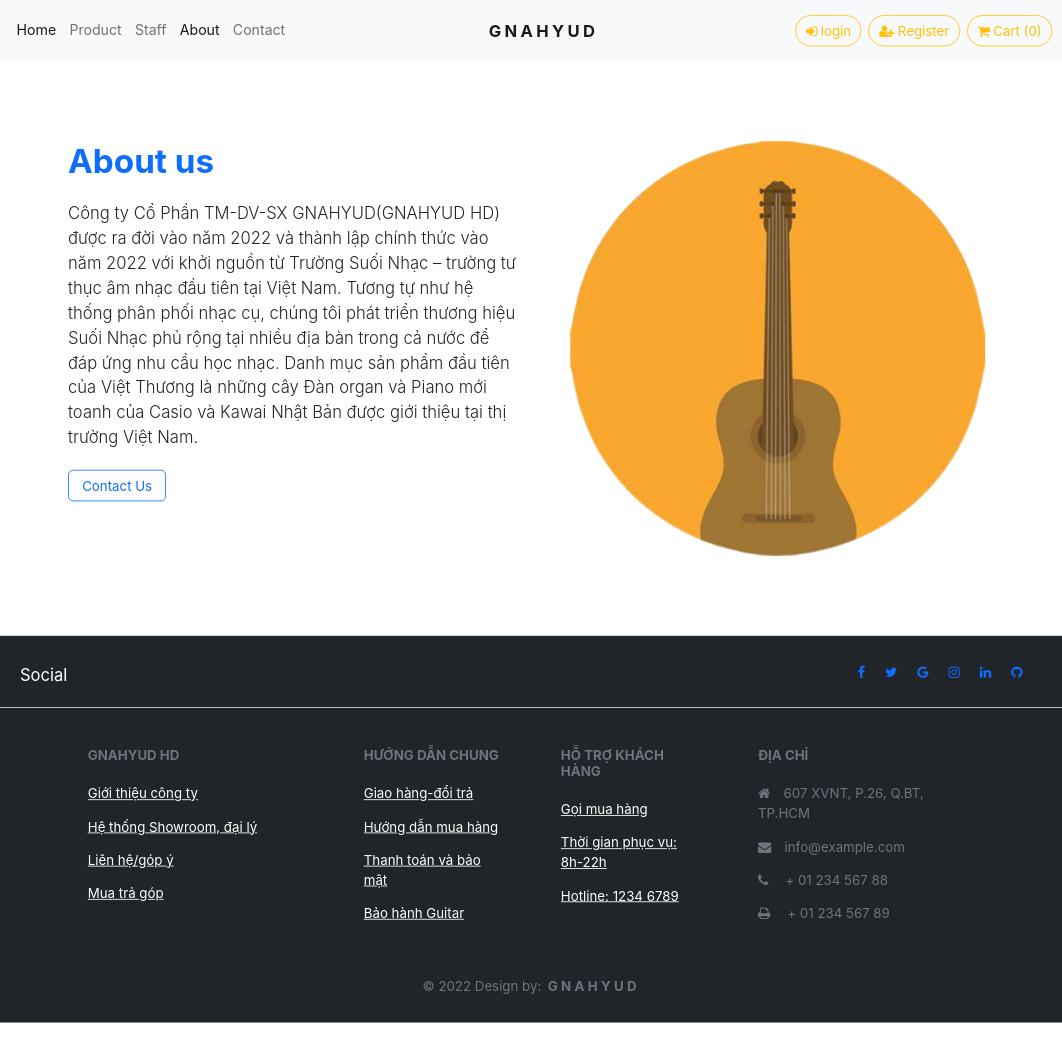
Repository: HoangDuy315/GuitarStore-Reactjs
Page: /about
These files come from the project's save history. The page is drawn as it stood at one moment and after the next save; the edit follows.
The browser window is 1280 px wide. The pictures show the whole page, at 83% of full size.
The project was rebuilt for these pictures with package versions that can differ from the ones it lists, and the page was loaded fresh each time. Also part of the build but not shown: src/App.css, src/components/Product.jsx, src/components/Staff.jsx, src/components/Home.jsx, src/components/Contact.jsx.

Above is the page before, as saved 2022-09-23 13:34:32.

After the next save:
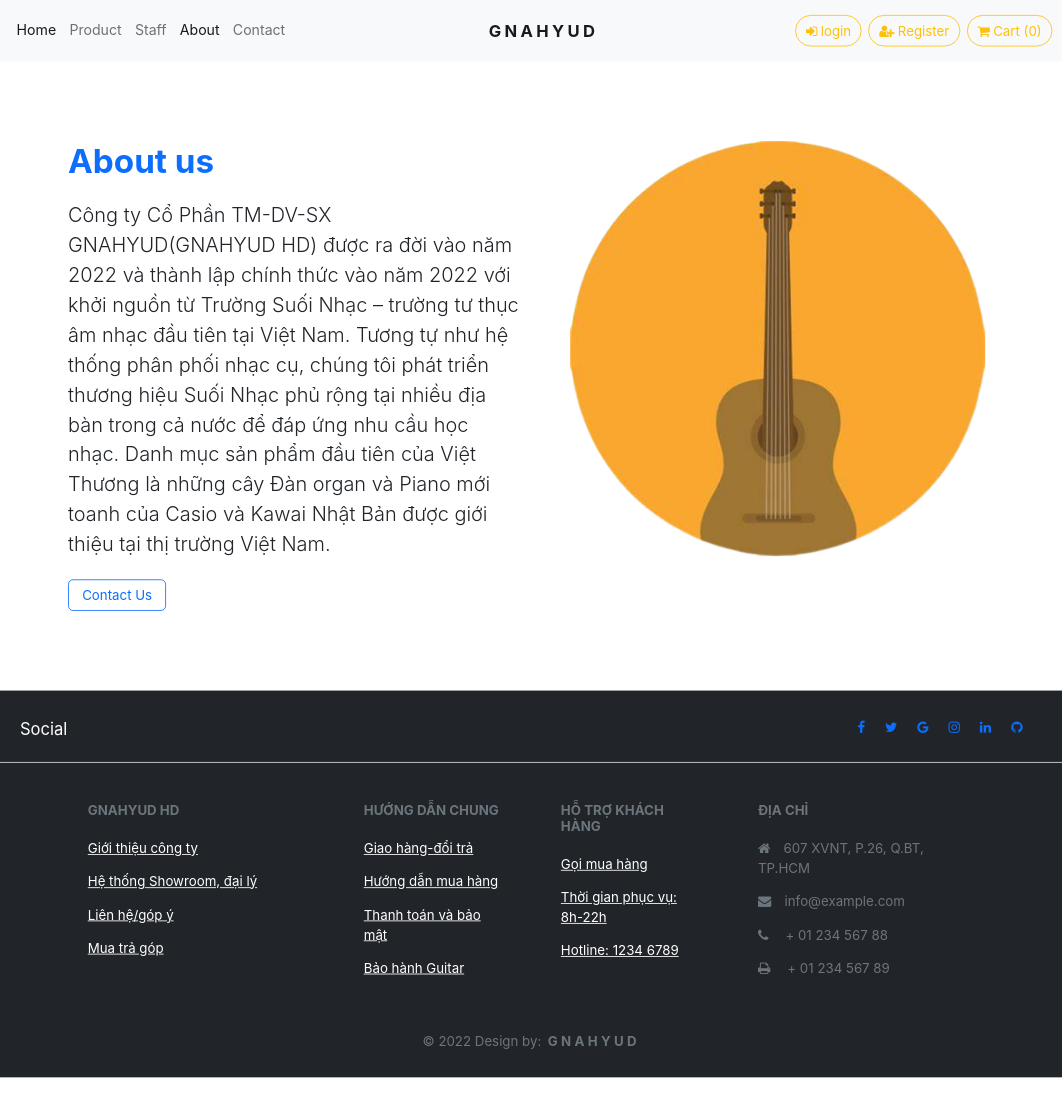
Saved 15 s later.
--- a/src/components/About.jsx
+++ b/src/components/About.jsx
@@ -8,7 +8,7 @@ const About = () => {
                 <div className="row ">
                     <div className="col-md-6">
                         <h1 className='text-primary fw-bold mb-4'>About us</h1>
-                        <p className="lead mb-4 fs-5">Công ty Cổ Phần TM-DV-SX GNAHYUD(GNAHYUD HD) được ra đời vào năm 2022 và thành lập chính thức vào năm 2022 với khởi nguồn từ Trường Suối Nhạc – trường tư thục âm nhạc đầu tiên tại Việt Nam.
+                        <p className="lead mb-4 fs-4">Công ty Cổ Phần TM-DV-SX GNAHYUD(GNAHYUD HD) được ra đời vào năm 2022 và thành lập chính thức vào năm 2022 với khởi nguồn từ Trường Suối Nhạc – trường tư thục âm nhạc đầu tiên tại Việt Nam.
                          Tương tự như hệ thống phân phối nhạc cụ, chúng tôi phát triển thương hiệu Suối Nhạc phủ rộng tại nhiều địa bàn trong cả nước để đáp ứng nhu cầu học nhạc. Danh mục sản phẩm đầu tiên của Việt Thương là những cây Đàn organ và Piano mới toanh của Casio và Kawai Nhật Bản được giới thiệu tại thị trường Việt Nam.
                         </p>
                         <NavLink to="/contact" className="btn btn-outline-primary px-3">Contact Us</NavLink>
